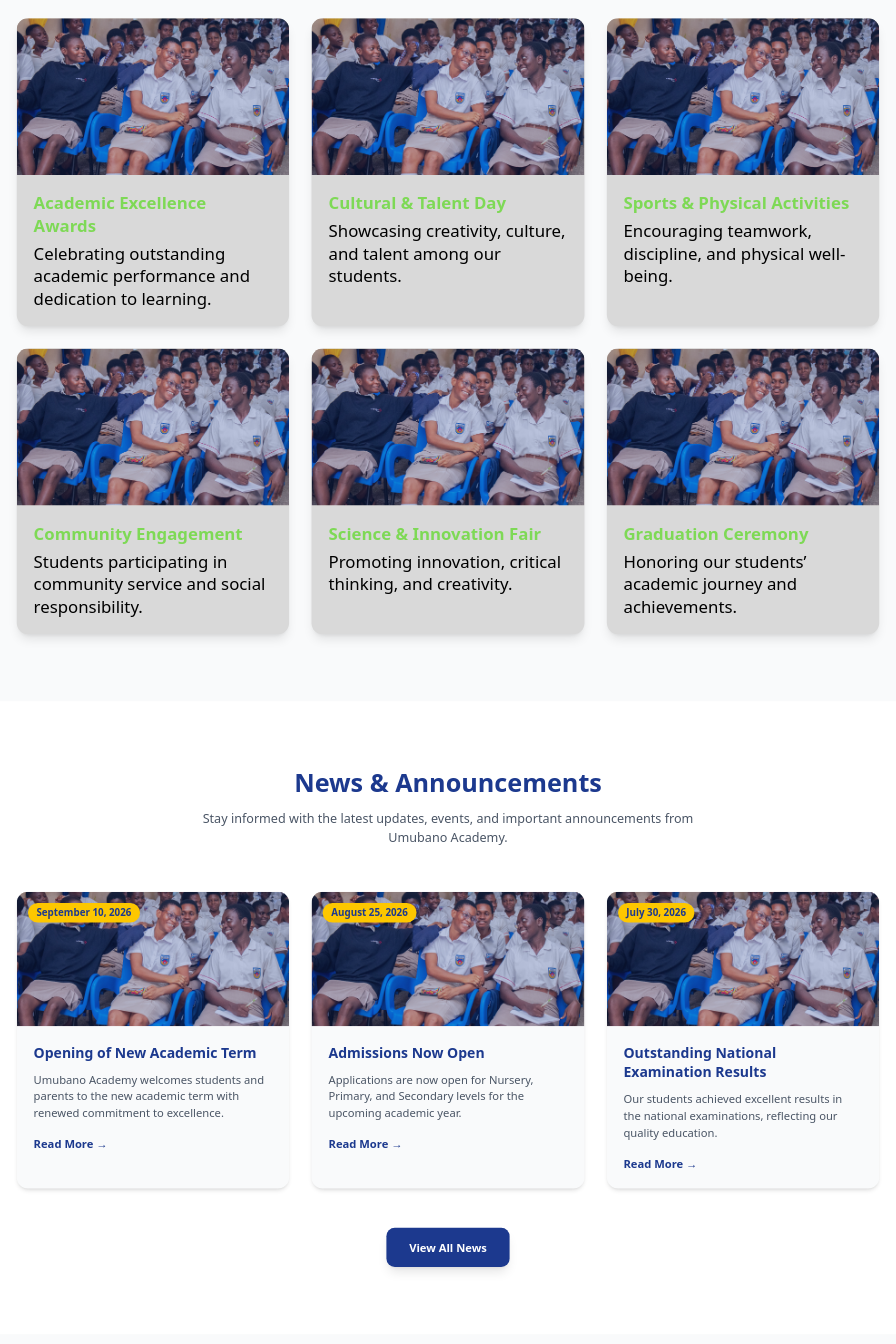
Repository: Umubano-Academy/umubano-academy-website
Page: /
The author's editor kept a copy of each file at every save. The page is drawn from the files as they stood at one save, then again after the next save.
The browser window is 1280 px wide. The pictures show the part of the page from y = 1090 to 3010 px (the page is 5071 px tall before and 4935 px after), at 70% of full size.
The project was rebuilt for these pictures with package versions that can differ from the ones it lists, and the page was loaded fresh each time. Also part of the build but not shown: vite.config.js, src/components/guest/Admission.jsx, src/components/guest/Academic.jsx, src/components/guest/About.jsx, src/components/admin/sidebar/data/menuData.js, src/components/admin/sidebar/SideBar.jsx, src/components/admin/Header/Header.jsx, src/components/admin/LayOut.jsx and 3 more.

Above is the page before, as saved 2026-01-13 19:00:06.

### index.html
<!doctype html>
<html lang="en">
  <head>
    <meta charset="UTF-8" />
    <!-- <link rel="icon" type="image/svg+xml" href="/vite.svg" /> -->
    <meta name="viewport" content="width=device-width, initial-scale=1.0" />
    <title>umubano-academy</title>
  </head>
  <body>
    <div id="root"></div>
    <script type="module" src="/src/main.jsx"></script>
  </body>
</html>

### src/App.jsx
import React from 'react'
import { BrowserRouter, Route, Routes } from 'react-router-dom'
import NavBar from './components/guest/NavBar'
import Hero from './components/guest/Hero'
import Event from './components/guest/Event'
import News from './components/guest/News'
import Layout from './components/guest/Layout'
import Home from './components/guest/Home'
import Admission from './components/guest/Admission'
import Academic from './components/guest/Academic'
import About from './components/guest/About'
import LayOut from './components/admin/LayOut'
import Dashboard from './components/admin/pages/Dashboard'
import Login from './components/guest/forms/Login'
import ResetPassword from './components/guest/forms/ResetPassword'


function App() {
  return (
    <BrowserRouter>

    <Routes>
      <Route path='/' element={<Layout />}>
      <Route index element={<Home />} />
      <Route path='/admission' element={<Admission />} />
      <Route path='/academic' element={<Academic />} />
      <Route path='/aboutus' element={<About />} />
      <Route path='/login' element={<Login />} />
      <Route path="/password-reset" element={<ResetPassword />} />
      </Route>

      <Route path='/admin' element={<LayOut />}>
      <Route index element={<Dashboard />} />
      </Route>
    </Routes>
    </BrowserRouter>

  )
}

export default App

### src/components/guest/NavBar.jsx
import React, { useState } from "react"
import { Menu, X, Phone, Mail, GraduationCap } from "lucide-react"
import { motion, AnimatePresence } from "framer-motion"
import logo from "../../assets/UALOGO.png"
import { Link } from "react-router-dom"

function NavBar() {
  const [open, setOpen] = useState(false)

  const navLinks = [
    "Home",
    "About",
    "Academics",
    "Admissions",
    "News",
    "Events",
    "Contact",
  ]

  return (
    <>
      {/* Top Info Bar */}
      <div className="hidden md:flex justify-between items-center px-8 py-2 bg-[#FFDE59] text-white text-sm">
        <div className="flex items-center gap-4">
          <span className="flex items-center gap-1 text-xl text-[#0AB0EE] font-medium">
            <Phone size={18} /> +250 782029655
          </span>
          <span className="flex text-xl items-center gap-1  text-[#0AB0EE] font-medium">
            <Mail size={18} /> info@umubanoacademy.rw
          </span>
        </div>
        <span className=" text-xl  text-[#0AB0EE] font-medium">Excellence in Education</span>
      </div>

      {/* Main Navbar */}
      <header className="sticky top-0 z-50 bg-white/80 backdrop-blur-xl shadow-sm">
        <div className="max-w-7xl mx-auto px-6">
          <div className="flex items-center justify-between h-20">

            {/* Logo */}
            <Link to="/" className="flex items-center gap-3">
              <img src={logo} alt="Umubano Academy Logo" className="w-16 h-16 object-contain" />
              {/* <div className="w-12 h-12 bg-blue-900 text-white flex items-center justify-center rounded-xl">
                <GraduationCap size={28} />
              </div> */}
              <div>
                <h1 className="text-xl font-bold text-blue-900">
                  Umubano Academy
                </h1>
                <p className="text-xs text-gray-500">
                  Knowledge • Discipline • Excellence
                </p>
              </div>
            </Link>

            {/* Desktop Menu */}
            <nav className="hidden lg:flex items-center gap-10">
              {navLinks.map((link) => (
                <a
                  key={link}
                  href={`/${link.toLowerCase()}`}
                  className="relative text-gray-700 font-medium hover:text-blue-900 transition group"
                >
                  {link}
                  <span className="absolute left-0 -bottom-1 w-0 h-0.5 bg-blue-900 transition-all group-hover:w-full"></span>
                </a>
              ))}
            </nav>

            {/* CTA */}
            <div className="hidden lg:flex">
              <a
                href="/login"
                className="bg-[#0AB0EE] text-white px-6 py-3 rounded-xl font-medium shadow-lg hover:shadow-xl transition"
              >
                Sign in
              </a>
            </div>

            {/* Mobile Menu Button */}
            <button
              onClick={() => setOpen(!open)}
              className="lg:hidden text-blue-900"
            >
              {open ? <X size={30} /> : <Menu size={30} />}
            </button>
          </div>
        </div>

        {/* Mobile Menu */}
        <AnimatePresence>
          {open && (
            <motion.div
              initial={{ opacity: 0, y: -20 }}
              animate={{ opacity: 1, y: 0 }}
              exit={{ opacity: 0, y: -20 }}
              transition={{ duration: 0.3 }}
              className="lg:hidden bg-white shadow-xl"
            >
              <div className="flex flex-col px-6 py-6 gap-6">
                {navLinks.map((link) => (
                  <a
                    key={link}
                    href={`/${link.toLowerCase()}`}
                    className="text-lg font-medium text-gray-700 hover:text-blue-900"
                    onClick={() => setOpen(false)}
                  >
                    {link}
                  </a>
                ))}

                <Link to="login"

                  className="mt-4 text-center bg-blue-900 text-white py-3 rounded-xl font-medium"
                >
                  Login
                </Link>
              </div>
            </motion.div>
          )}
        </AnimatePresence>
      </header>
    </>
  )
}

export default NavBar

### src/components/guest/Hero.jsx
import React from "react"
import { motion } from "framer-motion"
import heroImage from "../../assets/umubano.jpg"

function Hero() {
  return (
    <section
      className="relative h-screen flex items-center"
      style={{
        backgroundImage: `url(${heroImage})`,
        backgroundSize: "cover",
        backgroundPosition: "center",
      }}
    >
      {/* Overlay */}
      <div className="absolute inset-0 bg-gradient-to-r from-blue-900/90 via-blue-900/70 to-transparent"></div>

      {/* Content */}
      <div className="relative z-10 max-w-7xl mx-auto px-6">
        <motion.div
          initial={{ opacity: 0, y: 40 }}
          animate={{ opacity: 1, y: 0 }}
          transition={{ duration: 0.8 }}
          className="max-w-2xl text-white"
        >
          <span className="inline-block mb-4 px-4 py-2 bg-white/10 backdrop-blur rounded-full text-sm font-medium">
            Welcome to Umubano Academy
          </span>

          <h1 className="text-4xl md:text-6xl font-bold leading-tight mb-6">
            Shaping Future Leaders Through{" "}
            <span className="text-[#FFDE59]">Excellence in Education</span>
          </h1>

          <p className="text-lg md:text-xl text-gray-200 mb-10">
            Umubano Academy is committed to nurturing disciplined, innovative,
            and confident learners through quality education, strong values,
            and a supportive learning environment.
          </p>

          <div className="flex flex-col sm:flex-row gap-4">
            <a
              href="/admission"
              className="bg-[#7ED956] text-blue-900 px-8 py-4 rounded-xl font-semibold text-lg hover:bg-[#FFDE59] transition shadow-lg"
            >
              Admission&Requirement
            </a>

            <a
              href="/academic"
              className="border border-white/40 px-8 py-4 rounded-xl font-semibold text-lg text-black bg-[#D9D9D9] hover:bg-[#0AB0EE] hover:text-blue-900 transition"
            >
              Explore Academics
            </a>
          </div>
        </motion.div>
      </div>
    </section>
  )
}

export default Hero

### src/components/guest/Event.jsx
import React from "react"
import { motion } from "framer-motion"
import heroImage from "../../assets/umubano.jpg"

function Event() {
  const items = [
    {
      title: "Academic Excellence Awards",
      description:
        "Celebrating outstanding academic performance and dedication to learning.",
      image: heroImage,
    },
    {
      title: "Cultural & Talent Day",
      description:
        "Showcasing creativity, culture, and talent among our students.",
      image: heroImage,
    },
    {
      title: "Sports & Physical Activities",
      description:
        "Encouraging teamwork, discipline, and physical well-being.",
      image: heroImage,
    },
    {
      title: "Community Engagement",
      description:
        "Students participating in community service and social responsibility.",
      image: heroImage,
    },
    {
      title: "Science & Innovation Fair",
      description:
        "Promoting innovation, critical thinking, and creativity.",
      image: heroImage,
    },
    {
      title: "Graduation Ceremony",
      description:
        "Honoring our students’ academic journey and achievements.",
      image: heroImage,
    },
  ]

  return (
    <section className="py-24 bg-gray-50">
      <div className="max-w-7xl mx-auto px-6">

        {/* Section Header */}
        <motion.div
          initial={{ opacity: 0, y: 30 }}
          whileInView={{ opacity: 1, y: 0 }}
          viewport={{ once: true }}
          transition={{ duration: 0.6 }}
          className="text-center max-w-3xl mx-auto mb-16"
        >
          <h2 className="text-3xl md:text-4xl font-bold text-[#7ED956] mb-4">
            School Events & Gallery
          </h2>
          <p className="text-gray-600 text-lg">
            Explore moments from Umubano Academy’s academic, cultural, and
            extracurricular activities that shape well-rounded learners.
          </p>
        </motion.div>

        {/* Cards Grid */}
        <motion.div
          initial="hidden"
          whileInView="visible"
          viewport={{ once: true }}
          variants={{
            visible: {
              transition: {
                staggerChildren: 0.15,
              },
            },
          }}
          className="grid grid-cols-1 sm:grid-cols-2 lg:grid-cols-3 gap-8"
        >
          {items.map((item, index) => (
            <motion.div
              key={index}
              variants={{
                hidden: { opacity: 0, y: 40 },
                visible: { opacity: 1, y: 0 },
              }}
              transition={{ duration: 0.6 }}
              className="group bg-[#D9D9D9] rounded-2xl shadow-lg overflow-hidden hover:-translate-y-2 transition"
            >
              {/* Image */}
              <div className="relative h-56 overflow-hidden">
                <img
                  src={item.image}
                  alt={item.title}
                  className="w-full h-full object-cover group-hover:scale-110 transition duration-500"
                />
                <div className="absolute inset-0 bg-blue-900/30 group-hover:bg-blue-900/50 transition"></div>
              </div>

              {/* Content */}
              <div className="p-6">
                <h3 className="text-2xl font-semibold text-[#7ED956] mb-2">
                  {item.title}
                </h3>
                <p className="text-black text-2xl">
                  {item.description}
                </p>
              </div>
            </motion.div>
          ))}
        </motion.div>
      </div>
    </section>
  )
}

export default Event

### src/components/guest/News.jsx
import React from "react"
import { motion } from "framer-motion"
import heroImage from "../../assets/umubano.jpg"

function News() {
  const newsList = [
    {
      title: "Opening of New Academic Term",
      date: "September 10, 2026",
      description:
        "Umubano Academy welcomes students and parents to the new academic term with renewed commitment to excellence.",
      image: heroImage,
    },
    {
      title: "Admissions Now Open",
      date: "August 25, 2026",
      description:
        "Applications are now open for Nursery, Primary, and Secondary levels for the upcoming academic year.",
      image: heroImage,
    },
    {
      title: "Outstanding National Examination Results",
      date: "July 30, 2026",
      description:
        "Our students achieved excellent results in the national examinations, reflecting our quality education.",
      image: heroImage,
    },
  ]

  return (
    <section className="py-24 bg-white">
      <div className="max-w-7xl mx-auto px-6">

        {/* Section Header */}
        <motion.div
          initial={{ opacity: 0, y: 30 }}
          whileInView={{ opacity: 1, y: 0 }}
          viewport={{ once: true }}
          transition={{ duration: 0.6 }}
          className="text-center max-w-3xl mx-auto mb-16"
        >
          <h2 className="text-3xl md:text-4xl font-bold text-blue-900 mb-4">
            News & Announcements
          </h2>
          <p className="text-gray-600 text-lg">
            Stay informed with the latest updates, events, and important
            announcements from Umubano Academy.
          </p>
        </motion.div>

        {/* News Grid */}
        <motion.div
          initial="hidden"
          whileInView="visible"
          viewport={{ once: true }}
          variants={{
            visible: {
              transition: { staggerChildren: 0.15 },
            },
          }}
          className="grid grid-cols-1 md:grid-cols-2 lg:grid-cols-3 gap-8"
        >
          {newsList.map((news, index) => (
            <motion.article
              key={index}
              variants={{
                hidden: { opacity: 0, y: 40 },
                visible: { opacity: 1, y: 0 },
              }}
              transition={{ duration: 0.6 }}
              className="bg-gray-50 rounded-2xl shadow-md hover:shadow-xl transition overflow-hidden group"
            >
              {/* Image */}
              <div className="relative h-48 overflow-hidden">
                <img
                  src={news.image}
                  alt={news.title}
                  className="w-full h-full object-cover group-hover:scale-110 transition duration-500"
                />
                <div className="absolute inset-0 bg-blue-900/30"></div>

                {/* Date Badge */}
                <span className="absolute top-4 left-4 bg-yellow-400 text-blue-900 px-3 py-1 rounded-full text-sm font-semibold">
                  {news.date}
                </span>
              </div>

              {/* Content */}
              <div className="p-6">
                <h3 className="text-xl font-semibold text-blue-900 mb-3">
                  {news.title}
                </h3>
                <p className="text-gray-600 mb-5">
                  {news.description}
                </p>

                <a
                  href="#"
                  className="text-blue-900 font-semibold hover:text-blue-700 transition"
                >
                  Read More →
                </a>
              </div>
            </motion.article>
          ))}
        </motion.div>

        {/* View All */}
        <div className="text-center mt-14">
          <a
            href="/news"
            className="inline-block bg-blue-900 text-white px-8 py-4 rounded-xl font-semibold hover:bg-blue-800 transition shadow-lg"
          >
            View All News
          </a>
        </div>

      </div>
    </section>
  )
}

export default News

### src/components/guest/Layout.jsx
import React from 'react'
import NavBar from './NavBar'
import { Outlet } from 'react-router-dom'
import Footer from './Footer'


function Layout() {
  return (
    <div>
      <NavBar />

      <div>
        <Outlet />
      </div>
      <div>
        <Footer />
      </div>
    </div>
  )
}

export default Layout

### src/components/guest/Home.jsx
import React from 'react'
import NavBar from './NavBar'
import Hero from './Hero'
import Event from './Event'
import News from './News'
import Contact from './Contact'

function Home() {
  return (
    <div>
      <Hero />
      <Event />
      <News />
      <Contact />

    </div>
  )
}

export default Home

### src/components/guest/Footer.jsx
import React from "react"
import {
  Phone,
  Mail,
  MapPin,
  Facebook,
  Twitter,
  Instagram,
  GraduationCap,
} from "lucide-react"
import logo from "../../assets/UALOGO.png"

function Footer() {
  return (
    <footer className="bg-[#0AB0EE] text-white">
      <div className="max-w-7xl mx-auto px-6 py-20">

        {/* Top Section */}
        <div className="grid grid-cols-1 md:grid-cols-2 lg:grid-cols-4 gap-12">

          {/* School Info */}
          <div>
            <div className="flex items-center gap-3 mb-6">
              <img src={logo} alt="Umubano Academy Logo" className="w-16 h-16 object-contain" />
              <h3 className="text-xl font-bold text-white">
                Umubano Academy
              </h3>
            </div>
            <p className="text-white leading-relaxed">
              Umubano Academy is dedicated to providing quality education,
              strong values, and a nurturing environment that shapes future
              leaders.
            </p>
          </div>

          {/* Quick Links */}
          <div>
            <h4 className="text-lg font-semibold text-white mb-6">
              Quick Links
            </h4>
            <ul className="space-y-4">
              {[
                "Home",
                "About Us",
                "Academics",
                "Admissions",
                "News",
                "Contact",
              ].map((link) => (
                <li key={link}>
                  <a
                    href={`/${link.toLowerCase().replace(" ", "")}`}
                    className="hover:text-yellow-400 transition"
                  >
                    {link}
                  </a>
                </li>
              ))}
            </ul>
          </div>

          {/* Contact Info */}
          <div>
            <h4 className="text-lg font-semibold text-white mb-6">
              Contact Us
            </h4>
            <ul className="space-y-4">
              <li className="flex items-start gap-3">
                <Phone size={18} className="text-yellow-400 mt-1" />
                <span>+250 782029655</span>
              </li>
              <li className="flex items-start gap-3">
                <Mail size={18} className="text-yellow-400 mt-1" />
                <span>info@umubanoacademy.rw</span>
              </li>
              <li className="flex items-start gap-3">
                <MapPin size={18} className="text-yellow-400 mt-1" />
                <span>
                  Kigali City, Kicukiro District, Kabeza
                </span>
              </li>
            </ul>
          </div>

          {/* Motto & Social */}
          <div>
            <h4 className="text-lg font-semibold text-white mb-6">
              Our Motto
            </h4>
            <p className="italic mb-6">
              “Knowledge, Discipline & Excellence”
            </p>

            <div className="flex gap-4">
              <a
                href="#"
                className="w-10 h-10 bg-white/10 flex items-center justify-center rounded-full hover:bg-yellow-400 hover:text-blue-900 transition"
              >
                <Facebook size={18} />
              </a>
              <a
                href="#"
                className="w-10 h-10 bg-white/10 flex items-center justify-center rounded-full hover:bg-yellow-400 hover:text-blue-900 transition"
              >
                <Twitter size={18} />
              </a>
              <a
                href="#"
                className="w-10 h-10 bg-white/10 flex items-center justify-center rounded-full hover:bg-yellow-400 hover:text-blue-900 transition"
              >
                <Instagram size={18} />
              </a>
            </div>
          </div>

        </div>
      </div>

      {/* Bottom Bar */}
      <div className="border-t border-white/10 py-6 text-center text-sm text-white">
        © {new Date().getFullYear()} Umubano Academy. All rights reserved.
      </div>
    </footer>
  )
}

export default Footer

Loaded but not shown: src/main.jsx (common file); src/index.css (common file); src/components/guest/Contact.jsx (156 lines, source omitted)

After the next save:
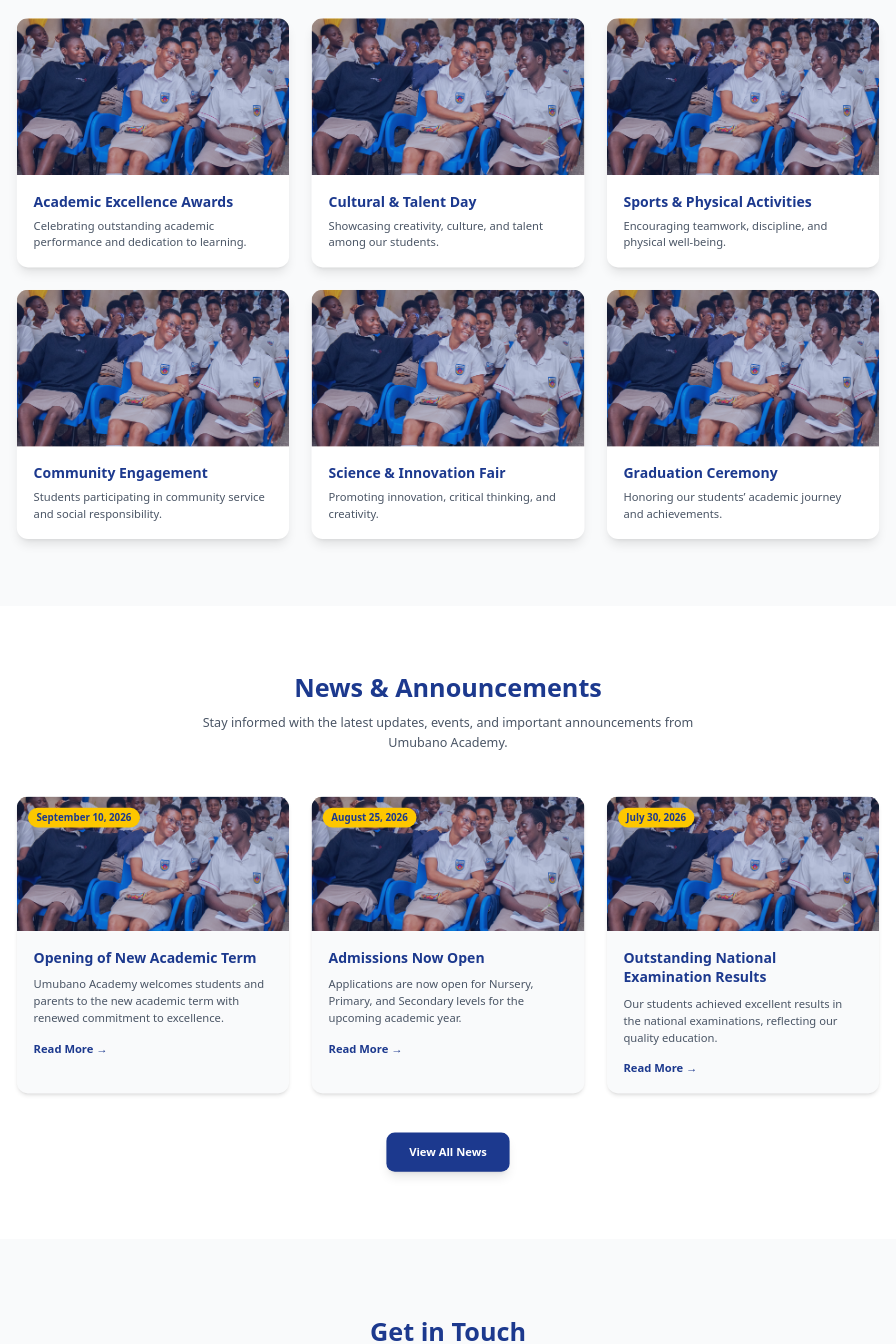
Saved 36 s later.
--- a/src/components/guest/Event.jsx
+++ b/src/components/guest/Event.jsx
@@ -85,7 +85,7 @@ function Event() {
                 visible: { opacity: 1, y: 0 },
               }}
               transition={{ duration: 0.6 }}
-              className="group bg-[#D9D9D9] rounded-2xl shadow-lg overflow-hidden hover:-translate-y-2 transition"
+              className="group bg-white rounded-2xl shadow-lg overflow-hidden hover:-translate-y-2 transition"
             >
               {/* Image */}
               <div className="relative h-56 overflow-hidden">
@@ -99,10 +99,10 @@ function Event() {
 
               {/* Content */}
               <div className="p-6">
-                <h3 className="text-2xl font-semibold text-[#7ED956] mb-2">
+                <h3 className="text-xl font-semibold text-blue-900 mb-2">
                   {item.title}
                 </h3>
-                <p className="text-black text-2xl">
+                <p className="text-gray-600">
                   {item.description}
                 </p>
               </div>
